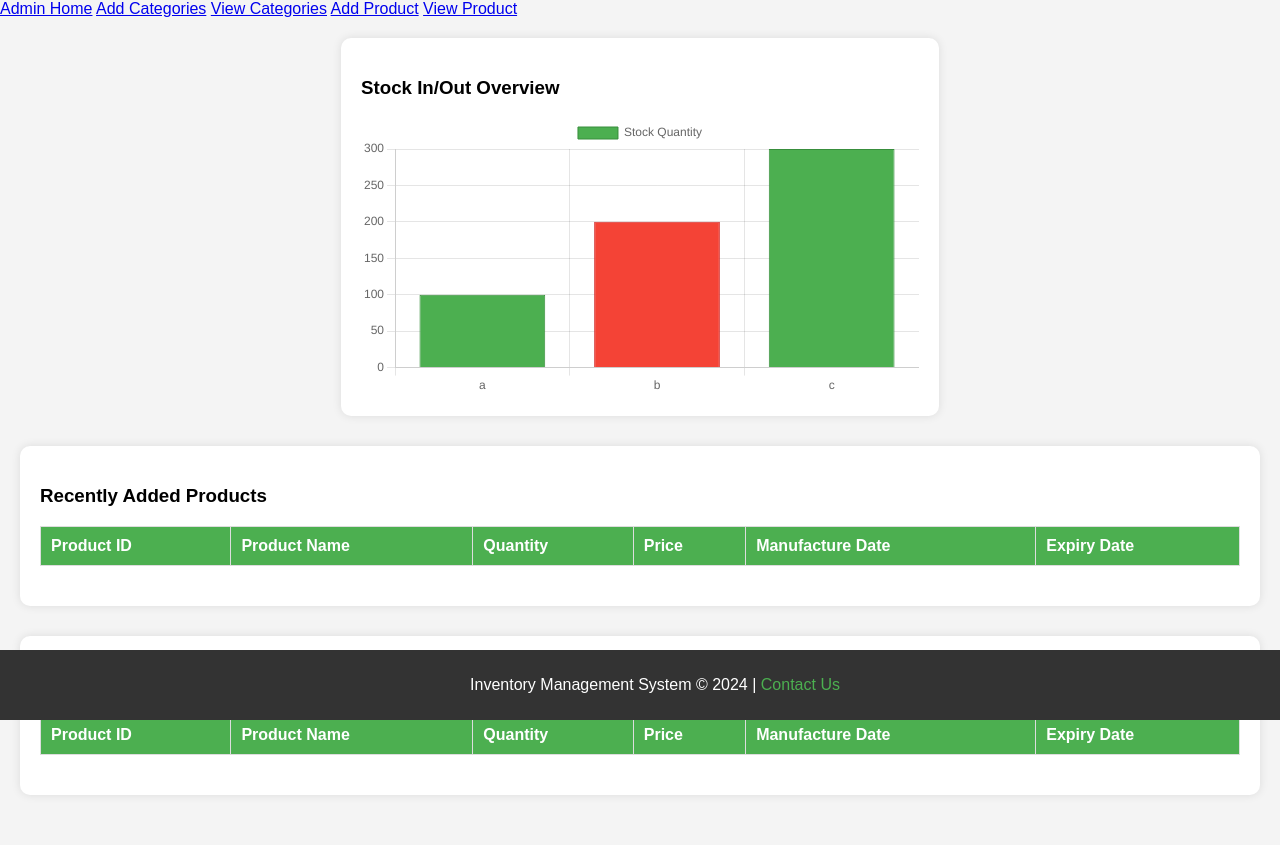
Repository: SimOneGraCias11/Montran_Training
Page: http://localhost/Project/adminHome.jsp
These files come from the project's save history. The page is drawn as it stood at one moment and after the next save; the edit follows.
The browser window is 1280 px wide. The pictures show the whole page.
The page is served by Tomcat 9.

Above is the page before, as saved 2024-08-10 22:41:06.

After the next save:
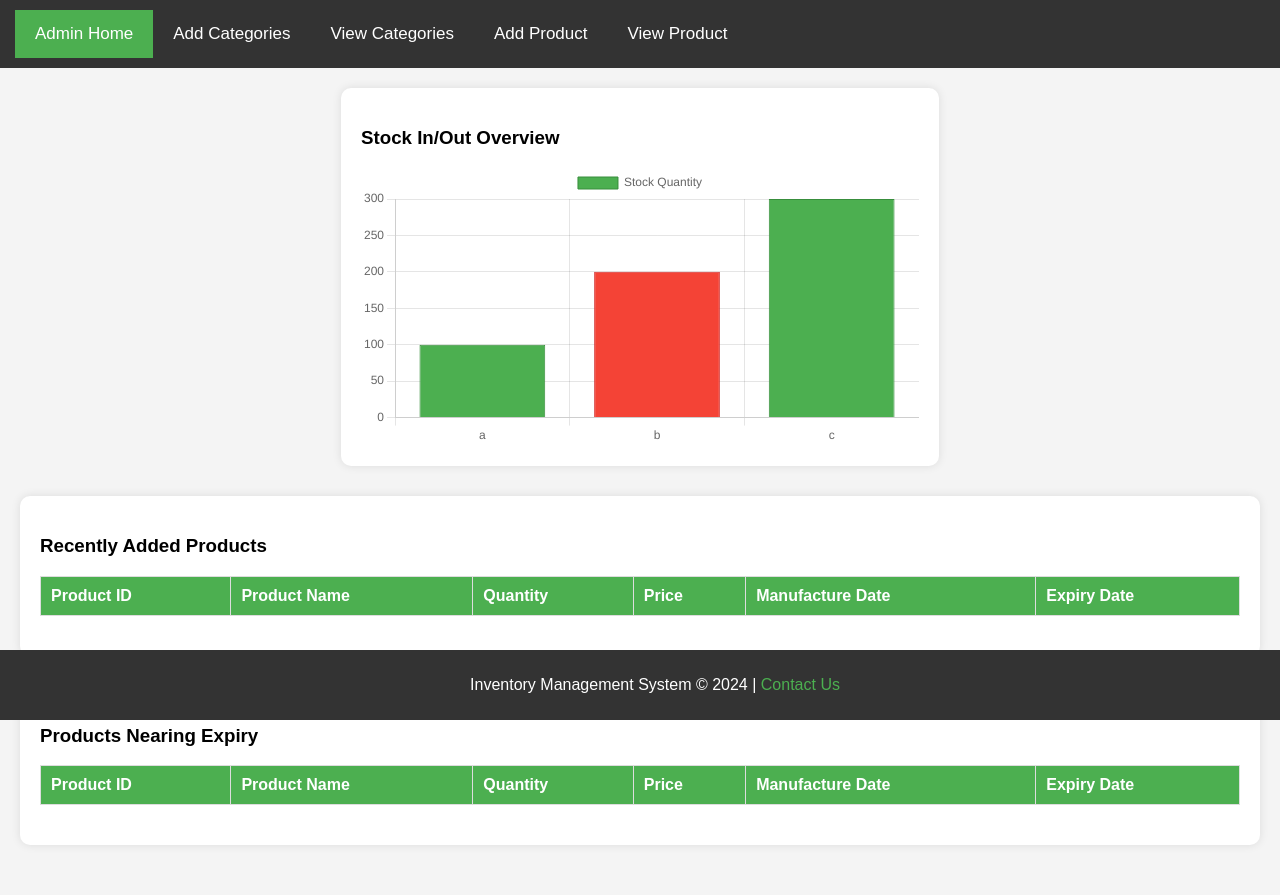
Saved 3 min 10 s later.
--- a/Project/src/main/webapp/header.jsp
+++ b/Project/src/main/webapp/header.jsp
@@ -3,8 +3,33 @@
 <!DOCTYPE html>
 <html>
 <head>
-<meta charset="ISO-8859-1">
-<title>Insert title here</title>
+<style>
+.navbar{
+background-color:#333;
+overflow:hidden;
+padding:10px 15px;
+}
+
+.navbar a{
+float:left;
+color:white;
+text-align:center;
+padding:14px 20px;
+text-decoration:none;
+font-size:17px;
+
+}
+.navbar a:hover{
+background-color:#ddd;
+color:black;
+}
+
+.navbar a.active{
+background-color:#4CAF50;
+color:white;
+}
+
+</style>
 </head>
 <body>
 <div class="navbar">
